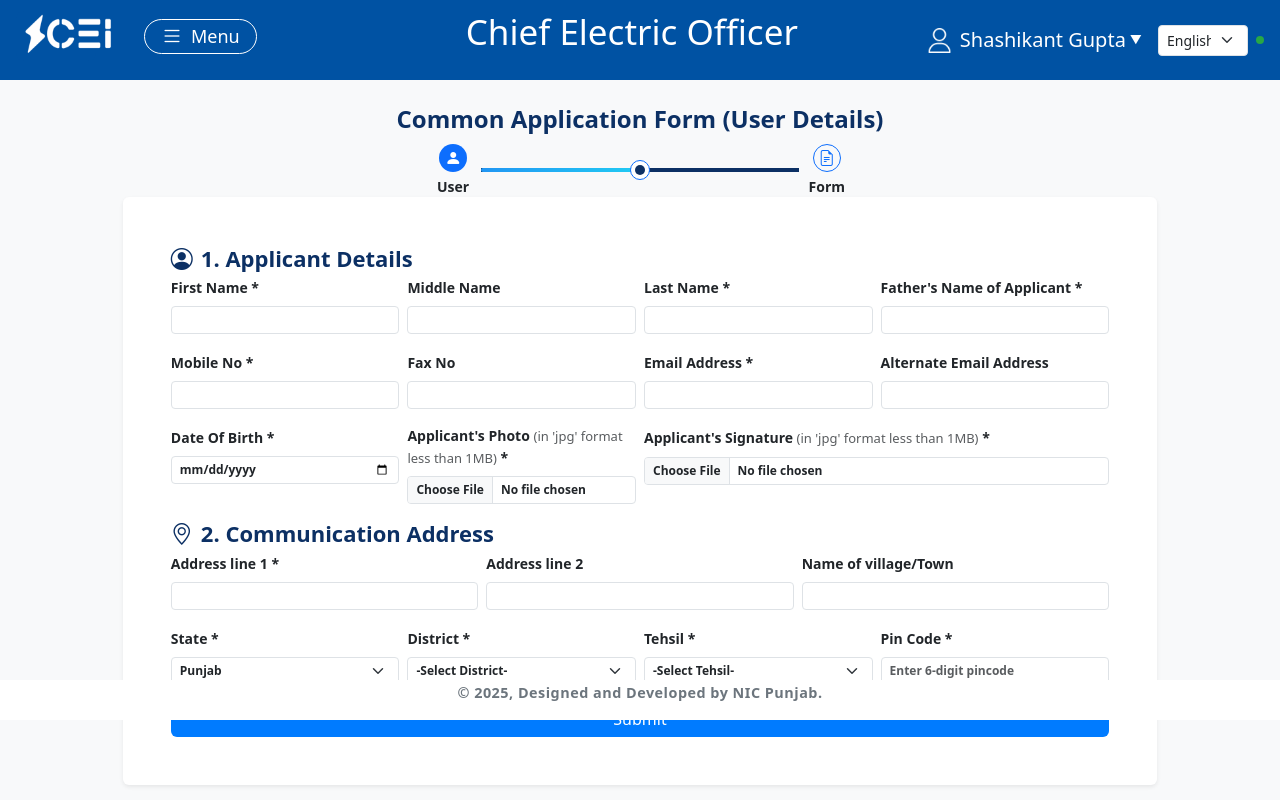
Repository: shashikantdev93-gif/CEI-sept
Page: /RegisterationForm
These files come from the project's save history. The page is drawn as it stood at one moment and after the next save; the edit follows.
The browser window is 1280 px wide. The pictures show the whole page.
The page's requests for data from a server got no answer. The project was rebuilt for these pictures with package versions that can differ from the ones it lists, and the page was loaded fresh each time. No one was signed in, and anything a server would have sent is missing. Also part of the build but not shown: vite.config.ts, src/styles/sidebar-zoom.css, src/components/PageComponent/Sidebar.tsx, src/components/PageComponent/Header2.tsx, src/components/PageComponent/PageHeader.tsx, src/components/Illustration/Illustration.tsx, src/components/CardContainer/CardContainer.tsx, src/hooks/useFormValidation.ts and 8 more. Imported but missing from the stored project, and not drawn on this page: src/components/ui.

Above is the page before, as saved 2025-07-28 08:51:16.

### src/index.css
:root {
  font-family: Inter, -apple-system, BlinkMacSystemFont, "Segoe UI", Roboto, "Helvetica Neue", Arial, sans-serif, "Apple Color Emoji", "Segoe UI Emoji", "Segoe UI Symbol";
  line-height: 1.5;
  font-weight: 400;

  color-scheme: light dark;
  color: rgba(255, 255, 255, 0.87);
  background-color: #242424;

  font-synthesis: none;
  text-rendering: optimizeLegibility;
  -webkit-font-smoothing: antialiased;
  -moz-osx-font-smoothing: grayscale;
}

a {
  font-weight: 500;
  color: #646cff;
  text-decoration: inherit;
}
a:hover {
  color: #535bf2;
}

/* Global Reset */
*, *::before, *::after {
  margin: 0;
  padding: 0;
  box-sizing: border-box;
}

html, body {
  margin: 0;
  padding: 0;
  width: 100%;
  height: 100%;
}

body {
  margin: 0;
  padding: 0;
}

h1 {
  font-size: 3.2em;
  line-height: 1.1;
}

button {
  border-radius: 8px;
  border: 1px solid transparent;
  padding: 0.6em 1.2em;
  font-size: 1em;
  font-weight: 500;
  font-family: inherit;
  background-color: #1a1a1a;
  cursor: pointer;
  transition: border-color 0.25s;
}
button:hover {
  border-color: #646cff;
}
button:focus,
button:focus-visible {
  outline: 4px auto -webkit-focus-ring-color;
}

@media (prefers-color-scheme: light) {
  :root {
    color: #213547;
    background-color: #ffffff;
  }
  a:hover {
    color: #747bff;
  }
  button {
    background-color: #f9f9f9;
  }
}

### src/App.tsx
import Router from "./router/router";
import './App.css'
import './styles/main.css'
import "bootstrap-icons/font/bootstrap-icons.css";

function App() {

  return <Router />;

}

export default App

### src/router/router.tsx

import { BrowserRouter as Router, Routes, Route } from "react-router-dom";
import BaseLayout from "../layouts/BaseLayout";
import Login from "../pages/login/login";
import Signup from "../pages/signup/signup";
import Register from "../pages/register/register";


const RouterPage = () => (
  <Router>
    <Routes>
      <Route path="/" element={<Login />} />
      <Route path="/login" element={<Login />} />
      <Route path="/signup" element={<Signup />} />
      <Route
        path="/RegisterationForm"
        element={
          <BaseLayout headerType="Header1">
            <Register />
          </BaseLayout>
        }
      />
    </Routes>
  </Router>
);

export default RouterPage;

### src/App.css
#root {
  margin: 0;
  padding: 0;
  width: 100%;
  height: 100%;
}

.logo {
  height: 6em;
  padding: 1.5em;
  will-change: filter;
  transition: filter 300ms;
}
.logo:hover {
  filter: drop-shadow(0 0 2em #646cffaa);
}
.logo.react:hover {
  filter: drop-shadow(0 0 2em #61dafbaa);
}

@keyframes logo-spin {
  from {
    transform: rotate(0deg);
  }
  to {
    transform: rotate(360deg);
  }
}

@media (prefers-reduced-motion: no-preference) {
  a:nth-of-type(2) .logo {
    animation: logo-spin infinite 20s linear;
  }
}

.card {
  padding: 2em;
}

.read-the-docs {
  color: #888;
}

### src/layouts/BaseLayout.tsx
import React from 'react';
import Header1 from '../components/PageComponent/Header1';
import Header2 from '../components/PageComponent/Header2';

type HeaderType = 'Header1' | 'Header2' | 'none';

interface BaseLayoutProps {
  headerType?: HeaderType;
  children: React.ReactNode;
}

const BaseLayout: React.FC<BaseLayoutProps> = ({ headerType = 'Header1', children }) => {
  const headers: Record<Exclude<HeaderType, 'none'>, React.ReactElement> = {
    Header1: <Header1 />,
    Header2: <Header2 />,
  };

  return (
    <>
      {headerType !== 'none' && headers[headerType]}
      <main>{children}</main>
    </>
  );
};

export default BaseLayout;

### src/pages/register/register.tsx
import "bootstrap/dist/css/bootstrap.min.css";
import "../../styles/main.css";
import Footer from "../../components/Footer/Footer";
import { useState } from "react";

const Login = () => {
  const [toasts, setToasts] = useState<Record<string, boolean>>({});

  const handleInputChange = (fieldName: string, value: string, maxLength: number) => {
    if (value.length >= maxLength) {
      setToasts(prev => ({ ...prev, [fieldName]: true }));
      setTimeout(() => {
        setToasts(prev => ({ ...prev, [fieldName]: false }));
      }, 3000);
    } else {
      setToasts(prev => ({ ...prev, [fieldName]: false }));
    }
  };

  const renderToast = (fieldName: string, maxLength: number) => {
    return toasts[fieldName] ? (
      <div
        className="alert alert-sm mt-1 py-1 px-2"
        style={{
          fontSize: '1em',
          position: 'absolute',
          zIndex: 1000,
          width: '70%',
          top: '100%',
          left: 0,
          backgroundColor: '#e20000',
          color: 'white',
          border: 'none',
        }}
      >
        Maximum {maxLength} characters allowed
      </div>
    ) : null;
  };

  return (
    <div className="registeration-bg min-vh-100" style={{ padding: "5px", backgroundColor: "#f8f9fa", marginTop: "80px" }}>
      <div className="container-fluid">
        <div className="row justify-content-center">
          <div className="col-10">
            <div className="w-100 d-flex justify-content-center align-items-center" style={{ marginTop: '20px', marginBottom: '10px' }}>
              <h4 className="mb-0 fw-bold text-center" style={{ color: '#0c3064' }}>Common Application Form (User Details)</h4>
            </div>

            {/* Progress Bar */}
            <div className="d-flex justify-content-center" style={{ width: "100%" }}>
              <div className="w-90 d-flex align-items-center" style={{ minHeight: "40px", width: "40%" }}>
                {/* Left checkpoint */}
                <div className="d-flex flex-column align-items-center" style={{ width: "40px" }}>
                  <div className="bg-primary text-white rounded-circle d-flex align-items-center justify-content-center" style={{ width: "28px", height: "28px" }}>
                    <i className="bi bi-person-fill"></i>
                  </div>
                  <span className="small fw-semibold mt-1" style={{ fontSize: "0.85em" }}>User</span>
                </div>

                {/* Progress line with center checkpoint */}
                <div className="flex-grow-1 position-relative mx-2" style={{ height: "8px" }}>
                  {/* Line */}
                  <div style={{
                    position: "absolute",
                    top: "50%",
                    left: 0,
                    right: 0,
                    height: "4px",
                    background: "#0c3064",
                    transform: "translateY(-50%)"
                  }} />

                  {/* Fill left side till center checkpoint */}
                  <div style={{
                    position: "absolute",
                    top: "50%",
                    left: 0,
                    width: "50%",
                    height: "4px",
                    background: "linear-gradient(90deg, #2196f3 0%, #21cbf3 100%)",
                    borderRadius: "2px",
                    transform: "translateY(-50%)"
                  }} />

                  {/* Center checkpoint */}
                  <div style={{
                    position: "absolute",
                    top: "50%",
                    left: "50%",
                    transform: "translate(-50%, -50%)"
                  }}>
                    <div className="bg-white border border-primary rounded-circle" style={{ width: "20px", height: "20px", display: "flex", alignItems: "center", justifyContent: "center" }}>
                      <span style={{ width: "10px", height: "10px", background: "#0c3064", borderRadius: "50%", display: "block" }}></span>
                    </div>
                  </div>
                </div>

                {/* Right checkpoint */}
                <div className="d-flex flex-column align-items-center" style={{ width: "40px" }}>
                  <div className="bg-light border border-primary text-primary rounded-circle d-flex align-items-center justify-content-center" style={{ width: "28px", height: "28px" }}>
                    <i className="bi bi-file-earmark-text"></i>
                  </div>
                  <span className="small fw-semibold mt-1" style={{ fontSize: "0.85em" }}>Form</span>
                </div>
              </div>
            </div>

            {/* Form Section */}
            <div className="card border-0 shadow-sm mb-2">
              <div className="card-body p-3">
                {/* Section 1: Applicant Details */}
                <h6 className="mb-1 fw-bold" style={{ color: '#0c3064' }}>
                  <i className="bi bi-person-circle me-2"></i>1. Applicant Details
                </h6>
                <div className="row g-2 mb-2">
                  <div className="col-md-3" style={{ position: 'relative' }}>
                    <label className="form-label fw-semibold small">First Name *</label>
                    <input
                      type="text"
                      className="form-control form-control-sm"
                      maxLength={25}
                      onChange={(e) => handleInputChange('firstName', e.target.value, 25)}
                    />
                    {renderToast('firstName', 25)}
                  </div>
                  <div className="col-md-3" style={{ position: 'relative' }}>
                    <label className="form-label fw-semibold small">Middle Name</label>
                    <input
                      type="text"
                      className="form-control form-control-sm"
                      maxLength={25}
                      onChange={(e) => handleInputChange('middleName', e.target.value, 25)}
                    />
                    {renderToast('middleName', 25)}
                  </div>
                  <div className="col-md-3" style={{ position: 'relative' }}>
                    <label className="form-label fw-semibold small">Last Name *</label>
                    <input
                      type="text"
                      className="form-control form-control-sm"
                      maxLength={25}
                      onChange={(e) => handleInputChange('lastName', e.target.value, 25)}
                    />
                    {renderToast('lastName', 25)}
                  </div>
                  <div className="col-md-3" style={{ position: 'relative' }}>
                    <label className="form-label fw-semibold small">Father's Name of Applicant *</label>
                    <input
                      type="text"
                      className="form-control form-control-sm"
                      maxLength={50}
                      onChange={(e) => handleInputChange('fatherName', e.target.value, 50)}
                    />
                    {renderToast('fatherName', 50)}
                  </div>
                </div>

                <div className="row g-2 mb-2 mt-1">
                  <div className="col-md-3" style={{ position: 'relative' }}>
                    <label className="form-label fw-semibold small">Mobile No *</label>
                    <input
                      type="text"
                      className="form-control form-control-sm"
                      maxLength={10}
                      onChange={(e) => handleInputChange('mobile', e.target.value, 10)}
                    />
                    {renderToast('mobile', 10)}
                  </div>
                  <div className="col-md-3">
                    <label className="form-label fw-semibold small">Fax No</label>
                    <input type="text" className="form-control form-control-sm" />
                  </div>
                  <div className="col-md-3" style={{ position: 'relative' }}>
                    <label className="form-label fw-semibold small">Email Address *</label>
                    <input
                      type="email"
                      className="form-control form-control-sm"
                      maxLength={50}
                      onChange={(e) => handleInputChange('email', e.target.value, 50)}
                    />
                    {renderToast('email', 50)}
                  </div>
                  <div className="col-md-3" style={{ position: 'relative' }}>
                    <label className="form-label fw-semibold small">Alternate Email Address</label>
                    <input
                      type="email"
                      className="form-control form-control-sm"
                      maxLength={50}
                      onChange={(e) => handleInputChange('altEmail', e.target.value, 50)}
                    />
                    {renderToast('altEmail', 50)}
                  </div>
                </div>

                <div className="row g-2 mb-3 mt-1">
                  <div className="col-md-3">
                    <label className="form-label fw-semibold small">Date Of Birth *</label>
                    <input type="date" className="form-control form-control-sm" placeholder="mm/dd/yyyy" />
                  </div>
                  <div className="col-md-3">
                    <label className="form-label fw-semibold small">Applicant's Photo <span className="text-muted">(in 'jpg' format less than 1MB)</span> *</label>
                    <input type="file" className="form-control form-control-sm" accept=".jpg,.jpeg" />
                  </div>
                  <div className="col-md-6">
                    <label className="form-label fw-semibold small">
                      Applicant's Signature
                      <span className="text-muted"> (in 'jpg' format less than 1MB)</span> *
                    </label>
                    <input type="file" className="form-control form-control-sm" accept=".jpg,.jpeg" />
                  </div>
                </div>

                {/* Section 2: Communication Address */}
                <h6 className="mb-1 mt-3 fw-bold" style={{ color: '#0c3064' }}>
                  <i className="bi bi-geo-alt me-2"></i>2. Communication Address
                </h6>
                <div className="row g-2 mb-3">
                  <div className="col-md-4" style={{ position: 'relative' }}>
                    <label className="form-label fw-semibold small">Address line 1 *</label>
                    <input
                      type="text"
                      className="form-control form-control-sm"
                      maxLength={150}
                      onChange={(e) => handleInputChange('address1', e.target.value, 150)}
                    />
                    {renderToast('address1', 150)}
                  </div>
                  <div className="col-md-4" style={{ position: 'relative' }}>
                    <label className="form-label fw-semibold small">Address line 2</label>
                    <input
                      type="text"
                      className="form-control form-control-sm"
                      maxLength={150}
                      onChange={(e) => handleInputChange('address2', e.target.value, 150)}
                    />
                    {renderToast('address2', 150)}
                  </div>
                  <div className="col-md-4" style={{ position: 'relative' }}>
                    <label className="form-label fw-semibold small">Name of village/Town</label>
                    <input
                      type="text"
                      className="form-control form-control-sm"
                      maxLength={150}
                      onChange={(e) => handleInputChange('village', e.target.value, 150)}
                    />
                    {renderToast('village', 150)}
                  </div>
                </div>

                <div className="row g-2 mb-3">
                  <div className="col-md-3">
                    <label className="form-label fw-semibold small">State *</label>
                    <select className="form-select form-select-sm">
                      <option value="Punjab">Punjab</option>
                    </select>
                  </div>
                  <div className="col-md-3">
                    <label className="form-label fw-semibold small">District *</label>
                    <select className="form-select form-select-sm">
                      <option value="">-Select District-</option>
                    </select>
                  </div>
                  <div className="col-md-3">
                    <label className="form-label fw-semibold small">Tehsil *</label>
                    <select className="form-select form-select-sm">
                      <option value="">-Select Tehsil-</option>
                    </select>
                  </div>
                  <div className="col-md-3" style={{ position: 'relative' }}>
                    <label className="form-label fw-semibold small">Pin Code *</label>
                    <input
                      type="text"
                      className="form-control form-control-sm"
                      placeholder="Enter 6-digit pincode"
                      maxLength={6}
                      onChange={(e) => handleInputChange('pincode', e.target.value, 6)}
                    />
                    {renderToast('pincode', 6)}
                  </div>
                </div>

                <div className="d-grid gap-2">
                  <button type="submit" className="btn btn-primary" style={{ backgroundColor: '#007bff', border: 'none' }}>
                    Submit
                  </button>
                </div>
              </div>
            </div>
          </div>
        </div>
      </div>
      <Footer />
    </div>
  );
};

export default Login;

### src/components/Logo/Logo.tsx
import React from "react";

interface LogoProps {
  title?: string;
  subtitle?: string;
  titleColor?: string;
}

const Logo: React.FC<LogoProps & { subtitleColor?: string }> = ({
  title = "Chief Electric ",
  subtitle = "Inspector",
  titleColor = "#0c3064",
  subtitleColor = "#0c3064",
}) => {
  return (
    <div className="mb-4 d-flex align-items-center">
      <img
        src="/assets/images/cei_logo.jpg"
        alt="Logo"
        style={{ height: "40px", width: "90px", marginTop: "20px", marginLeft: "8px" }}
      />
      <span className="fw-bold" style={{ fontSize: "27px", height: "30px", marginTop: "10px", marginLeft: "25px", color: titleColor, whiteSpace: "nowrap" }}>
        {title} <span style={{ color: subtitleColor }}>{subtitle}</span>
      </span>
    </div>
  );
};

export default Logo;

### src/components/Footer/Footer.tsx
import React from "react";

interface FooterProps {
  text?: string;
}

const Footer: React.FC<FooterProps> = ({
  text = "© 2025, Designed and Developed by NIC Punjab."
}) => {
  return (
    <div className="position-fixed bottom-0 w-100 text-center pb-3 bg-white" style={{ left: 0 }}>
      <span style={{ fontSize: '.9em', fontWeight: 800, color: '#6c757d', letterSpacing: '0.5px' }}>
        {text}
      </span>
    </div>
  );
};

export default Footer;

### src/utils/index.ts
export { default as authService } from './authService';
export * from './validators';
export * from './navigation';

### src/lib/index.ts
export { default as encryptionService } from './encryptionService';
export { default as API_CONFIG } from './config';

### src/utils/validators.ts

export interface ValidationResult {
  isValid: boolean;
  error?: string;
}

export class FormValidators {

  static required(value: string): ValidationResult {
    if (!value || value.trim().length === 0) {
      return {
        isValid: false,
        error: 'This field is required',
      };
    }
    return { isValid: true };
  }

static minLength(value: string, min: number): ValidationResult {
    if (value.length < min) {
      return {
        isValid: false,
        error: `Minimum length is ${min} characters`,
      };
    }
    return { isValid: true };
  }

static maxLength(value: string, max: number): ValidationResult {
    if (value.length > max) {
      return {
        isValid: false,
        error: `Maximum length is ${max} characters`,
      };
    }
    return { isValid: true };
  }

static email(value: string): ValidationResult {
    const emailRegex = /^[^\s@]+@[^\s@]+\.[^\s@]+$/;
    if (!emailRegex.test(value)) {
      return {
        isValid: false,
        error: 'Please enter a valid email address',
      };
    }
    return { isValid: true };
  }

static noSpaces(value: string): ValidationResult {
    const hasSpace = /\s/.test(value);
    if (hasSpace) {
      return {
        isValid: false,
        error: 'Spaces are not allowed',
      };
    }
    return { isValid: true };
  }

static username(value: string): ValidationResult {
    const requiredCheck = this.required(value);
    if (!requiredCheck.isValid) return requiredCheck;

    const minLengthCheck = this.minLength(value, 3);
    if (!minLengthCheck.isValid) return minLengthCheck;

    return { isValid: true };
  }

static password(value: string): ValidationResult {
    const requiredCheck = this.required(value);
    if (!requiredCheck.isValid) return requiredCheck;

    const minLengthCheck = this.minLength(value, 6);
    if (!minLengthCheck.isValid) return minLengthCheck;

    return { isValid: true };
  }

static captcha(value: string): ValidationResult {
    const requiredCheck = this.required(value);
    if (!requiredCheck.isValid) return requiredCheck;

    const lengthCheck = this.minLength(value, 4);
    if (!lengthCheck.isValid) return lengthCheck;

    const maxLengthCheck = this.maxLength(value, 4);
    if (!maxLengthCheck.isValid) return maxLengthCheck;

    return { isValid: true };
  }
}

### src/lib/config.ts

const API_CONFIG = {
  BASE_URL: import.meta.env.VITE_API_URL || 'http://localhost:5143/api',

  ENDPOINTS: {
    AUTH: {
      LOGIN: '/Auth/Login',
      CAPTCHA: '/Auth/GetCaptchaImage',
      LOGOUT: '/Auth/Logout',
      REFRESH_TOKEN: '/Auth/RefreshToken',
    },
    USER: {
      PROFILE: '/User/Profile',
      UPDATE_PROFILE: '/User/UpdateProfile',
    },
  },

  TIMEOUT: 30000,

  DEFAULT_HEADERS: {
    'Content-Type': 'application/json',
    'Accept': 'application/json',
  },
};

export default API_CONFIG;

Loaded but not shown: index.html (common file); src/main.tsx (common file); src/lib/interceptor.ts (340 lines, source omitted); src/hooks/useAuth.ts (214 lines, source omitted); src/styles/main.css (310 lines, source omitted); src/utils/authService.ts (191 lines, source omitted); src/components/PageComponent/Header1.tsx (133 lines, source omitted); src/lib/encryptionService.ts (93 lines, source omitted); src/utils/navigation.ts (91 lines, source omitted)

After the next save:
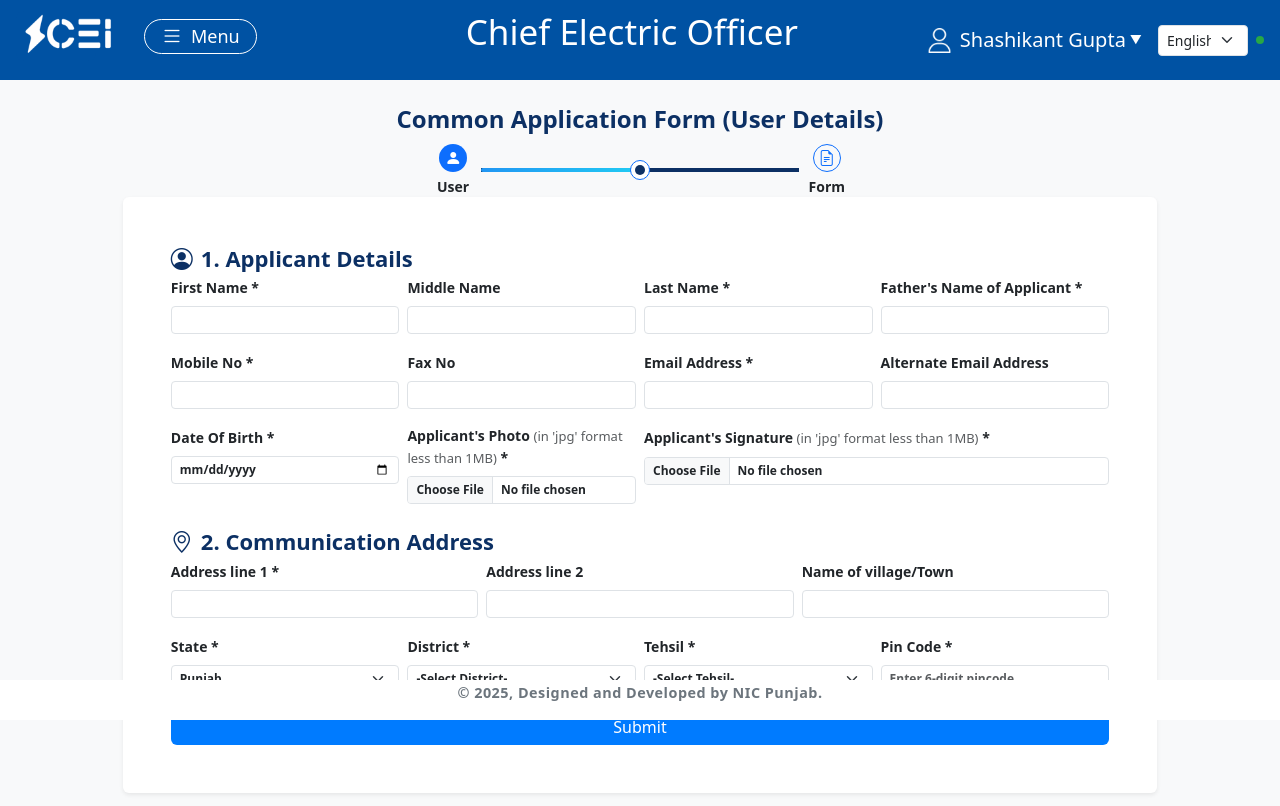
Saved 6 s later.
--- a/src/pages/register/register.tsx
+++ b/src/pages/register/register.tsx
@@ -212,7 +212,7 @@
                 </div>
 
                 {/* Section 2: Communication Address */}
-                <h6 className="mb-1 mt-3 fw-bold" style={{ color: '#0c3064' }}>
+                <h6 className="mb-1 mt-4 fw-bold" style={{ color: '#0c3064' }}>
                   <i className="bi bi-geo-alt me-2"></i>2. Communication Address
                 </h6>
                 <div className="row g-2 mb-3">
